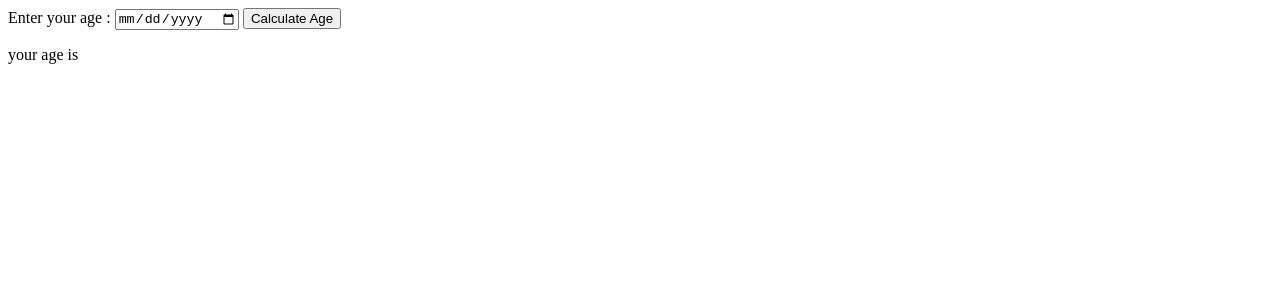
Repository: sristigupta04/basic-js-project
Page: age calculator/age.html
These files come from the project's save history. The page is drawn as it stood at one moment and after the next save; the edit follows.
The browser window is 1280 px wide. The pictures show the whole page.

Above is the page before, as saved 2025-11-07 14:55:02.

After the next save:
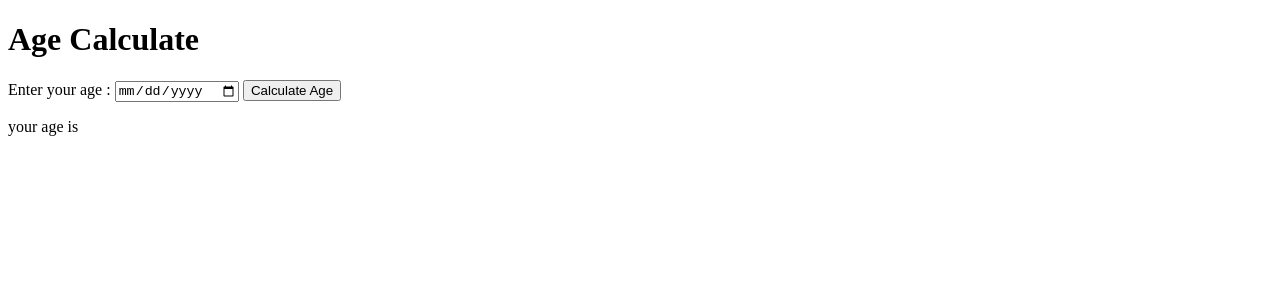
Saved 30 s later.
--- a/age calculator/age.html
+++ b/age calculator/age.html
@@ -6,6 +6,7 @@
     <title>Document</title>
 </head>
 <body>
+    <h1>Age Calculate</h1>
     <label for="eventDate">Enter  your age :</label>
 <input type="date" id="eventDate" name="eventDate">
 <button>Calculate Age</button>
